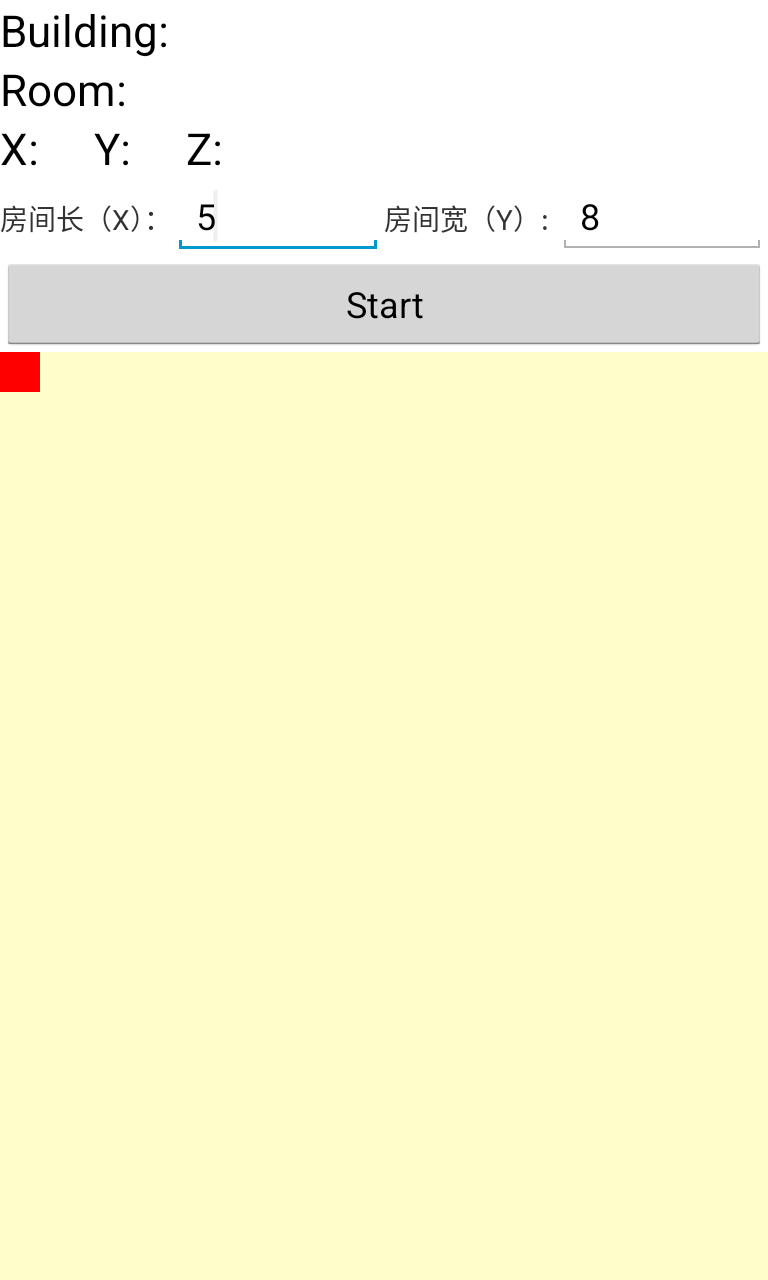
Repository: RenchuSong/tMap_Android
Layout: tmap_model_tool/res/layout/locating.xml
The author's editor kept a copy of each file at every save. The layout is drawn from the files as they stood at one save, then again after the next save.
It is drawn on a 768 x 1280 px phone screen (xhdpi) without system bars, with theme AppTheme; the app's code is not run.

Above is the layout before, as saved 2014-05-11 22:40:40.

### tmap_model_tool/res/layout/locating.xml
<?xml version="1.0" encoding="utf-8"?>
<LinearLayout xmlns:android="http://schemas.android.com/apk/res/android"
    android:layout_width="match_parent"
    android:layout_height="match_parent"
    android:orientation="vertical" >

    <TextView
        android:id="@+id/building"
        android:layout_width="match_parent"
        android:layout_height="wrap_content"
        android:text="Building:"
        android:textAppearance="?android:attr/textAppearanceLarge" />

    <TextView
        android:id="@+id/room"
        android:layout_width="match_parent"
        android:layout_height="wrap_content"
        android:text="Room:"
        android:textAppearance="?android:attr/textAppearanceLarge" />

    <TextView
        android:id="@+id/location"
        android:layout_width="match_parent"
        android:layout_height="wrap_content"
        android:text="X:     Y:     Z:"
        android:textAppearance="?android:attr/textAppearanceLarge" />

    <LinearLayout
        android:layout_width="match_parent"
        android:layout_height="wrap_content" >

        <TextView
            android:id="@+id/textView1"
            android:layout_width="wrap_content"
            android:layout_height="wrap_content"
            android:text="房间长（X）："/>

        <EditText
            android:id="@+id/xRange"
            android:layout_width="wrap_content"
            android:layout_height="wrap_content"
            android:layout_weight="1"
            android:ems="10"
            android:text="5" >

            <requestFocus />
        </EditText>

        <TextView
            android:id="@+id/textView2"
            android:layout_width="wrap_content"
            android:layout_height="wrap_content"
            android:text="房间宽（Y）: " />

        <EditText
            android:id="@+id/yRange"
            android:layout_width="wrap_content"
            android:layout_height="wrap_content"
            android:layout_weight="1"
            android:ems="10"
            android:text="8" />

    </LinearLayout>

    <Button
        android:id="@+id/start_stop"
        android:layout_width="match_parent"
        android:layout_height="wrap_content"
        android:text="Start" />

    <RelativeLayout
        android:layout_width="match_parent"
        android:layout_height="match_parent"
        android:background="#ffffcc" >

        <Button
            android:id="@+id/person"
            android:layout_width="20dp"
            android:layout_height="20dp"
            android:layout_alignParentLeft="true"
            android:layout_alignParentTop="true"
            android:background="#ff0000" />

    </RelativeLayout>

</LinearLayout>

Loaded but not shown: tmap_model_tool/res/values/styles.xml (common file); tmap_model_tool/res/values-v11/styles.xml (common file); tmap_model_tool/res/values-v14/styles.xml (common file)

After the next save:
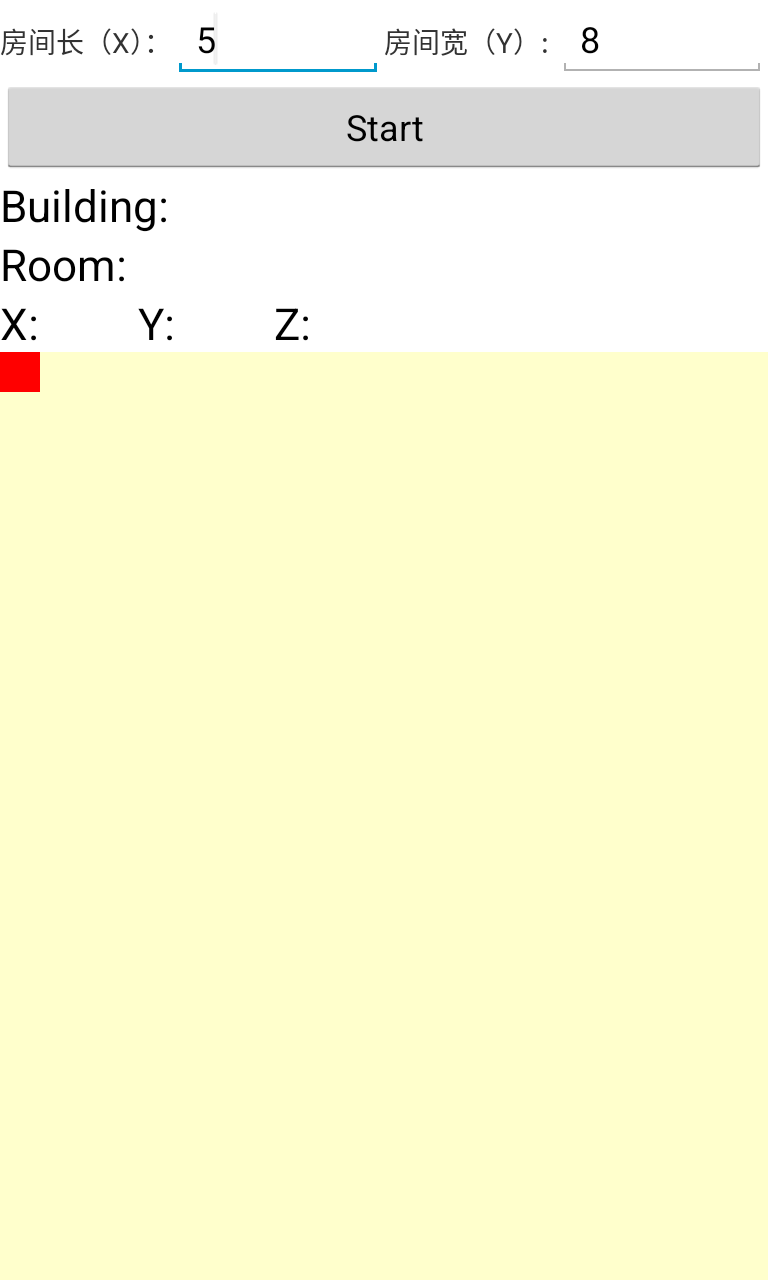
Saved 2 min 2 s later.
--- a/tmap_model_tool/res/layout/locating.xml
+++ b/tmap_model_tool/res/layout/locating.xml
@@ -3,27 +3,6 @@
     android:layout_width="match_parent"
     android:layout_height="match_parent"
     android:orientation="vertical" >
-
-    <TextView
-        android:id="@+id/building"
-        android:layout_width="match_parent"
-        android:layout_height="wrap_content"
-        android:text="Building:"
-        android:textAppearance="?android:attr/textAppearanceLarge" />
-
-    <TextView
-        android:id="@+id/room"
-        android:layout_width="match_parent"
-        android:layout_height="wrap_content"
-        android:text="Room:"
-        android:textAppearance="?android:attr/textAppearanceLarge" />
-
-    <TextView
-        android:id="@+id/location"
-        android:layout_width="match_parent"
-        android:layout_height="wrap_content"
-        android:text="X:     Y:     Z:"
-        android:textAppearance="?android:attr/textAppearanceLarge" />
 
     <LinearLayout
         android:layout_width="match_parent"
@@ -68,6 +47,27 @@
         android:layout_height="wrap_content"
         android:text="Start" />
 
+    <TextView
+        android:id="@+id/building"
+        android:layout_width="match_parent"
+        android:layout_height="wrap_content"
+        android:text="Building:"
+        android:textAppearance="?android:attr/textAppearanceLarge" />
+
+    <TextView
+        android:id="@+id/room"
+        android:layout_width="match_parent"
+        android:layout_height="wrap_content"
+        android:text="Room:"
+        android:textAppearance="?android:attr/textAppearanceLarge" />
+
+    <TextView
+        android:id="@+id/location"
+        android:layout_width="match_parent"
+        android:layout_height="wrap_content"
+        android:text="X:         Y:         Z:"
+        android:textAppearance="?android:attr/textAppearanceLarge" />
+
     <RelativeLayout
         android:layout_width="match_parent"
         android:layout_height="match_parent"
